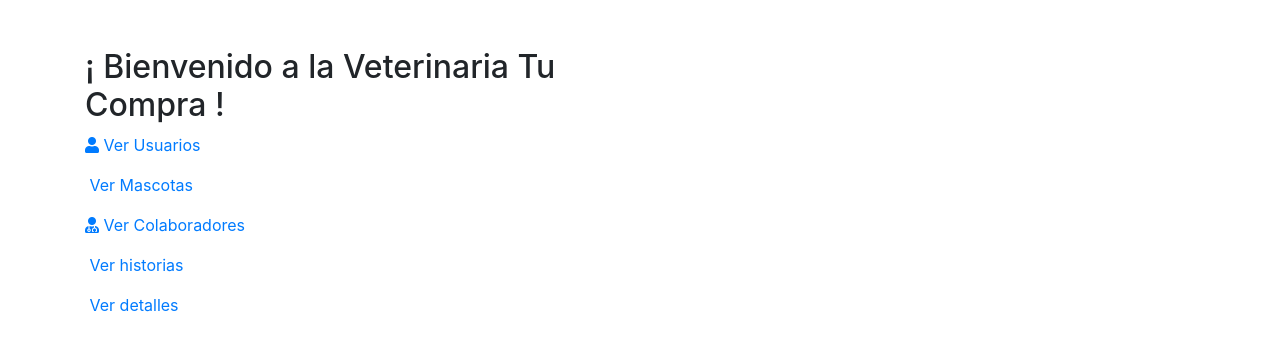
Repository: SebasBarrera/historial-clinico-veterinario
Page: historial-clinico-veterinario-backend/src/main/resources/static/index.html
An editor plug-in stored every save of this project. The page is shown before and after the next save, followed by the edit.
The browser window is 1280 px wide. The pictures show the whole page.
Some icons come from a web library that is not loaded, so they are not drawn. Some web libraries are served in a nearby version.

Above is the page before, as saved 2023-02-27 06:02:07.

After the next save:
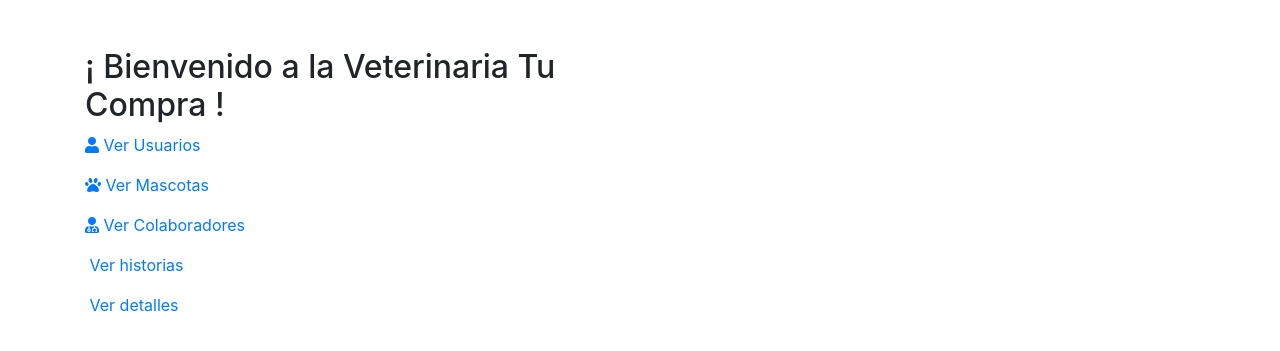
Saved 15 s later.
--- a/historial-clinico-veterinario-backend/src/main/resources/static/index.html
+++ b/historial-clinico-veterinario-backend/src/main/resources/static/index.html
@@ -21,7 +21,7 @@
 				<h2>¡ Bienvenido a la Veterinaria Tu Compra !</h2>
 
 				<p><a href="/usuario/"><i class="fas fa-user"></i> Ver Usuarios</a></p>
-				<p><a href="/mascota/"><i class="fas fa-paw-simple"></i> Ver Mascotas</a></p>
+				<p><a href="/mascota/"><i class="fas fa-paw"></i> Ver Mascotas</a></p>
 				<p><a href="/colaborador/"><i class="fas fa-user-md"></i> Ver Colaboradores</a></p>
 				<p><a href="/historia/"><i class="fas fa-paw-simple"></i> Ver historias</a></p>
 				<p><a href="/detalle/"><i class="fas fa-user-doctor "></i> Ver detalles</a></p>
